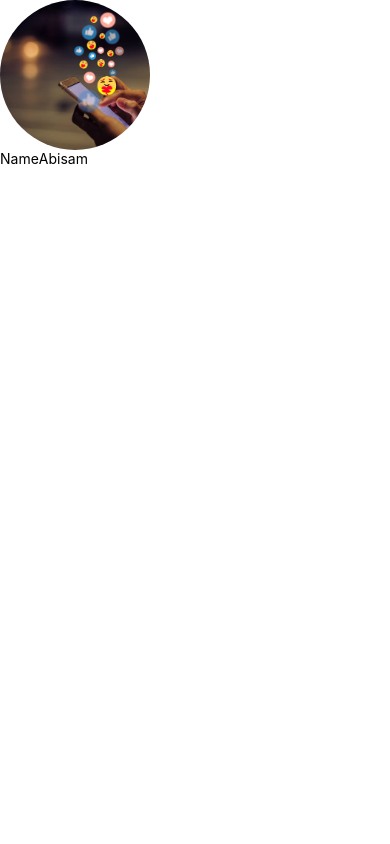
Repository: 2000-Nanayaw/MobileApp
Screen: /
These files come from the project's save history. The screen is drawn as it stood at one moment and after the next save; the edit follows.
The app was drawn by React Native's web renderer in a window 390 px wide. The project was rebuilt for these pictures with package versions that can differ from the ones it lists, and the page was loaded fresh each time.

Above is the screen before, as saved 2023-08-28 04:17:30.

### App.js
// import { StatusBar } from "expo-status-bar";
// import { Button, Text, TextInput, View, StyleSheet } from "react-native";

// function jsar() {
//   return (
//     <View style={style.container}>
//       <Text style={style.firstText}>this is my new app</Text>
//       <Text style={style.colors}>how are you i am always happy</Text>
//       <Text style={style.colors}>MOBILE APP DEVELOPMENT</Text>
//       <Text style={style.colors}>MOBILE APP DEVELOPMENT</Text>
//       <TextInput title="MOBILE APP DEVELOPMENT" />
//       <Button title="this is a good button" />
//     </View>
//   );
// }
// const style = StyleSheet.create({
//   colors: {
//     backgroundColor: "orange",
//     color: "red",
//   },
//   container: {
//     flex: 1,
//     backgroundColor: "yellow",
//     flexDirection: "column",
//     justifyContent: "space-around",
//     alignItems: "center",

//   },
//   firstText:{
//     position: "absolute",
//     top:100,
//   }
// });
// export default jsar;

import { StatusBar } from "expo-status-bar";
import { Button, Text, View, StyleSheet,Image } from "react-native";

function jsar() {
  return (
    <View style= {styles.container}>
      <Image source={require("./assets/profile.jpg")} style={styles.image}/>
      <View style={styles.detailContainer}>
        <Text>Name</Text>
        <Text>Abisam</Text>
      </View>
    </View>
  );
}
const styles = StyleSheet.create({
container: {
  flex: 1,
},
image: {
  height: 150,
  width: 150,
  borderRadius: 200,
},
detailContainer: {
  flexDirection: "row"
}
});
export default jsar;

After the next save:
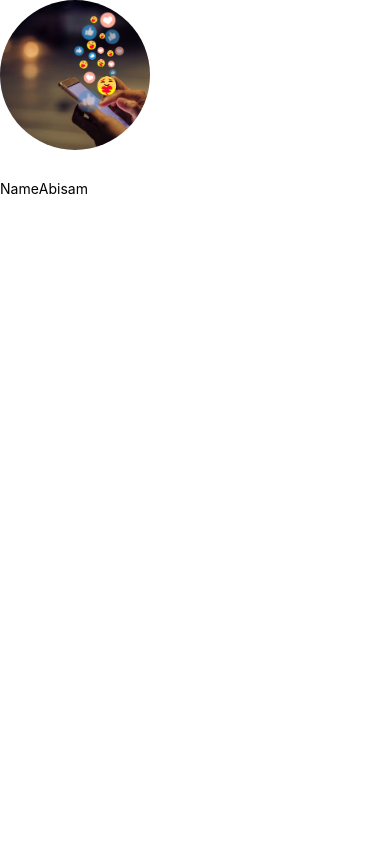
Saved 5 min 2 s later.
--- a/App.js
+++ b/App.js
@@ -55,9 +55,15 @@ image: {
   height: 150,
   width: 150,
   borderRadius: 200,
+  marginBottom: 30,
 },
 detailContainer: {
   flexDirection: "row"
+},
+label:{
+  borderColor: "black",
+  borderWidth: 1,
+  fontSize: 20
 }
 });
 export default jsar;
